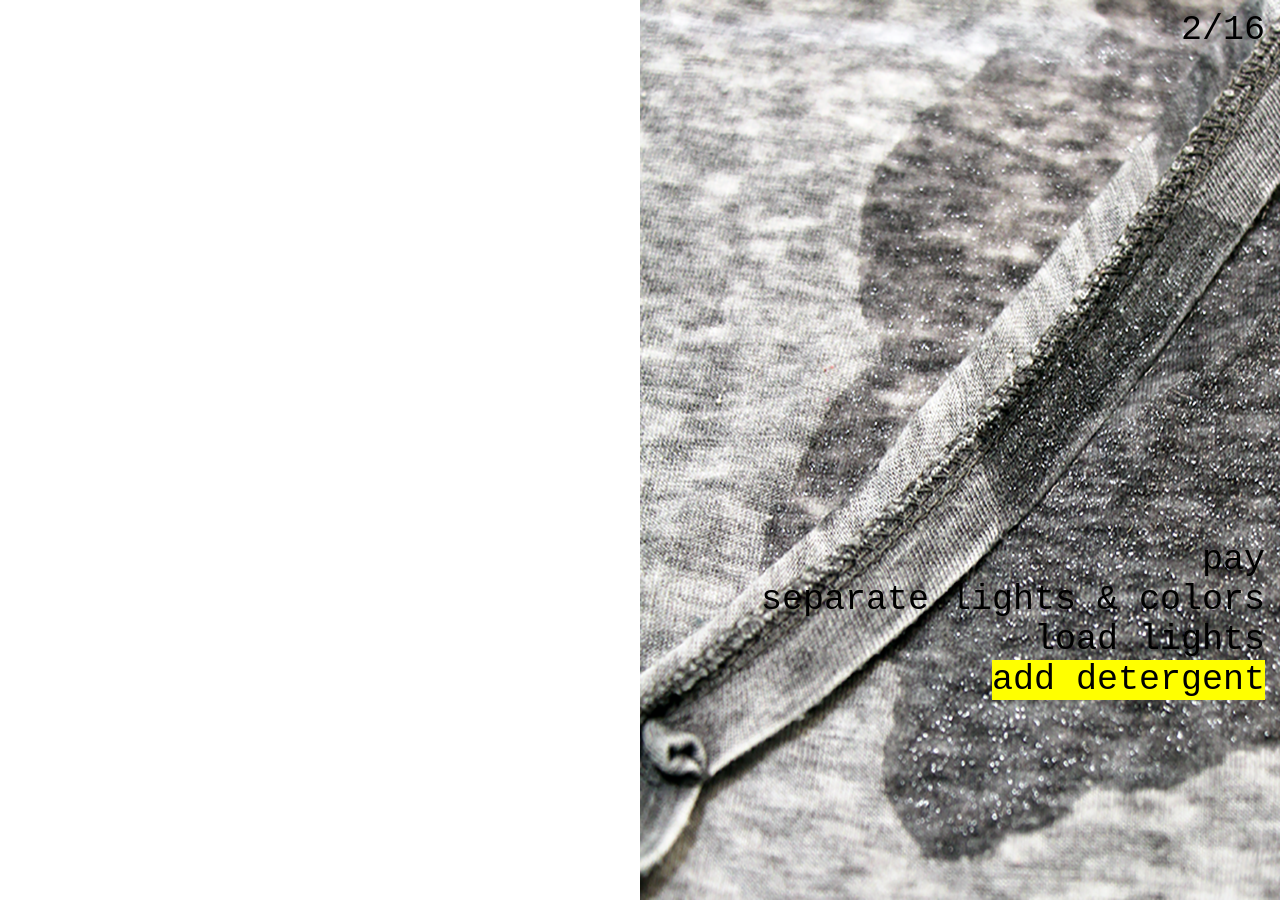
Repository: ortik455/ortik455.github.io
Page: studio/laundrysite/four.html
The author's editor kept a record of every edit. The page is drawn from the files as they stood at one moment, then again after the next edit.
The browser window is 1280 px wide. The pictures show the whole page.

Above is the page before.

### studio/laundrysite/four.html
<!DOCTYPE html>
<html>
	<head>
	    <link href='http://fonts.googleapis.com/css?family=Inconsolata' rel='stylesheet' type='text/css'>
		<link rel="icon" href="../../studio/favicon.png" sizes="16x16 32x32" type="image/png">
		<link href="laundry.css" rel="stylesheet" type="text/css">
		<title>2/16</title>
	</head>

	<body>
<!--class to call out all the text and use id="" to call out
individual things but dont use ids... -->
	  <div class="text">
		<div class="number">
	  		2/16
	  	</div>
		<div class="steps">
		  	pay
		  	<br>
		  	separate lights &amp; colors
		  	<br>
		  	load lights
		  	<br>
		  	<mark>add detergent</mark>
		</div>
	  </div>

	  <div class="photos">
	  	<a href="four.html"><img src="photos/loadlights.png"  alt=""></a>
	  </div>
	</body>
</html>

### studio/laundrysite/laundry.css
*, *:before, *:after {
    -webkit-box-sizing: border-box;
       -moz-box-sizing: border-box;
            box-sizing: border-box;

}
.timerbox {
    background: #000000;
    float: left;
    width: 50%;
    height: 900px;
}
.timer {
    position: absolute;
    background: #000000;
    color: #ffffff;
    top: 50%;
    left: 275px;
    font-size: 60px;
}
.timer2 {
    position: absolute;
    background: #000000;
    color: #ffffff;
    top: 50%;
    left: 275px;
    font-size: 60px;
}

body{
	background: #FFFFFF;
	font-size: 0px;
	margin: 0;
	font-family: Courier New, sans-serif;
	height: 100%;
}
.start{
    background-color: #000000;
    font-size: 50px;
    letter-spacing: 6px;
    position: absolute;
    bottom: 50%;
    margin-left: 20px;
}
.mark {
    background-color: #000000;
    color: #FFFFFF;
}
.text {
	font-size: 35px;
    width: 50%;
    height: 715px;
    float: left;
}
.photos {
    width: 50%;
    height: 100%;
    float: left;
    overflow: hidden;
}
.number {
   font-size: 35px;
   position: fixed;
   top: 0px;
   right: 0px;
   padding: 10px 15px 20px 5px;
}
.steps {
   font-size: 35px;
   text-align: right;
   position: fixed;
   bottom: 0px;
   right: 0px;
   padding: 10px 15px 20px 5px;

}
a:link {
    text-decoration:none;
    color: #000000;
    }
a:visited {
    color: #000000;
}
.photos:hover img {
    transform: scale(1.1);
}
.photos img {
    transition: transform 2s ease;
}

After the next edit:
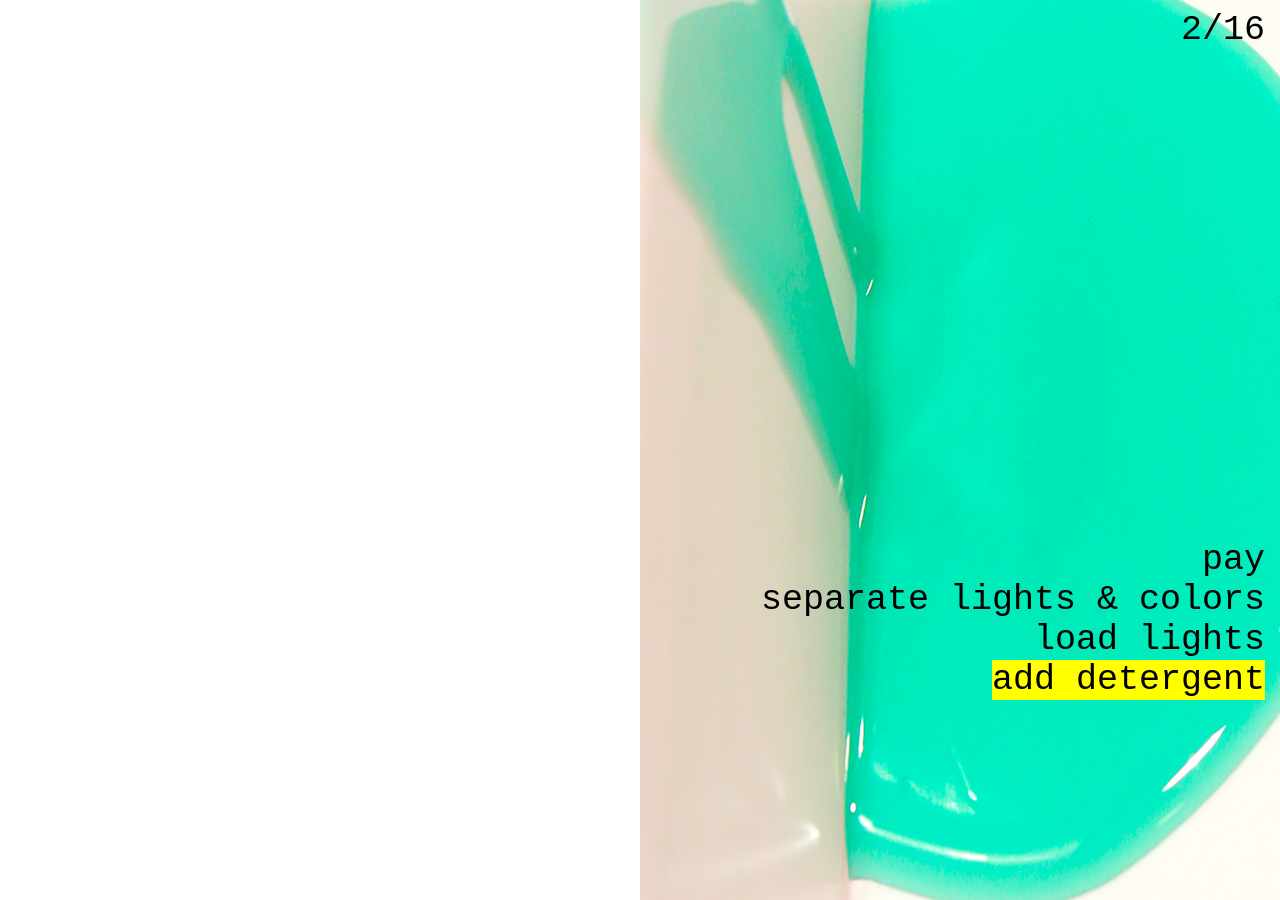
The edit:
--- a/studio/laundrysite/four.html
+++ b/studio/laundrysite/four.html
@@ -26,7 +26,7 @@
 	  </div>
 
 	  <div class="photos">
-	  	<a href="four.html"><img src="photos/loadlights.png"  alt=""></a>
+	  	<a href="five.html"><img src="photos/detergent.png"  alt=""></a>
 	  </div>
 	</body>
 </html>
